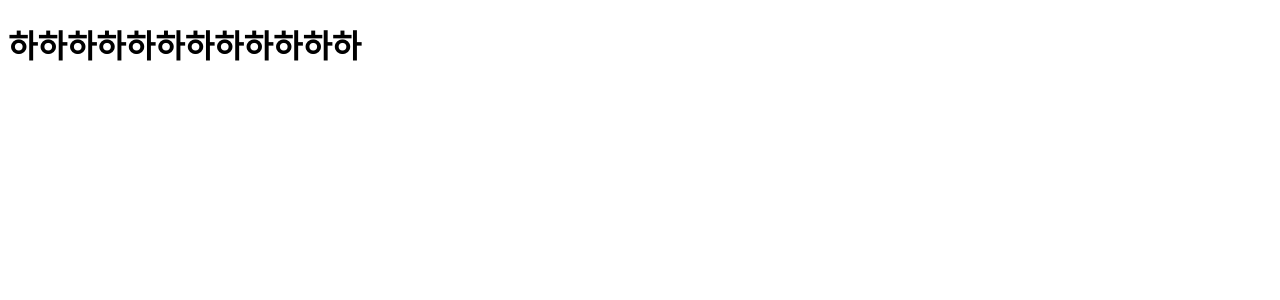
Repository: jun01270/F-E-practice
Page: index.html
The author's editor kept a copy of each file at every save. The page is drawn from the files as they stood at one save, then again after the next save.
The browser window is 1280 px wide. The pictures show the whole page.

Above is the page before, as saved 2022-12-12 18:14:27.

### index.html
<!DOCTYPE html>
<html lang="en">
  <head>
    <meta charset="UTF-8" />
    <meta http-equiv="X-UA-Compatible" content="IE=edge" />
    <meta name="viewport" content="width=device-width, initial-scale=1.0" />
    <title>Document</title>
  </head>
  <body>
    <div class="first">
      <h1 id="laugh">HAHAHAHAHA</h1>
    </div>
    <script src="app.js"></script>
  </body>
</html>

### app.js
const title = document.querySelector(".first h1");

title.innerText = "하하하하하하하하하하하하";
console.log(title);

After the next save:
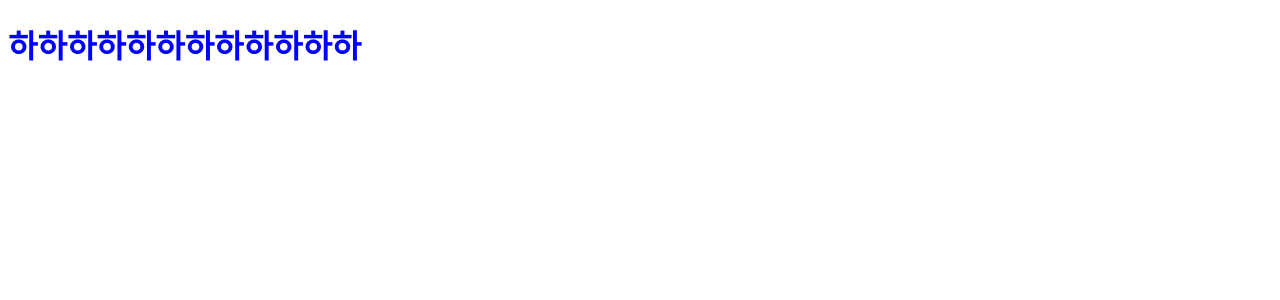
Saved 31 min 25 s later.
--- a/app.js
+++ b/app.js
@@ -2,3 +2,5 @@ const title = document.querySelector(".first h1");
 
 title.innerText = "하하하하하하하하하하하하";
 console.log(title);
+
+title.style.color = "blue";
